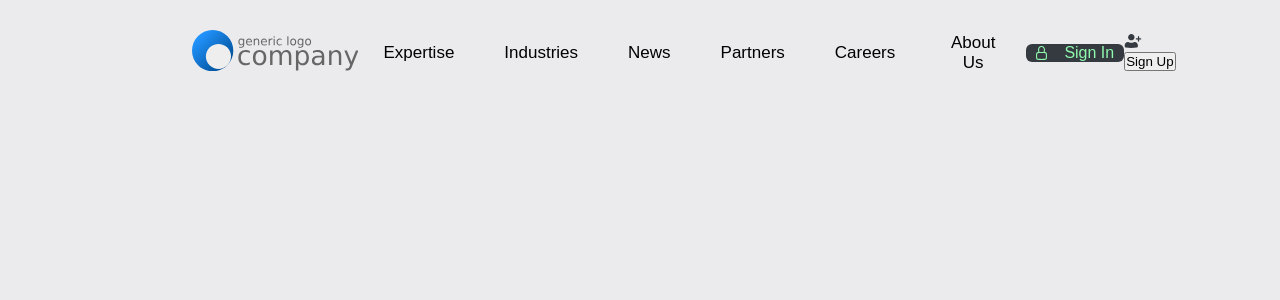
Repository: Andriy-Ma/widgetTask
Page: /
These files come from the project's save history. The page is drawn as it stood at one moment and after the next save; the edit follows.
The browser window is 1280 px wide. The pictures show the whole page.
The project was rebuilt for these pictures with package versions that can differ from the ones it lists, and the page was loaded fresh each time.

Above is the page before, as saved 2022-08-29 17:00:31.

After the next save:
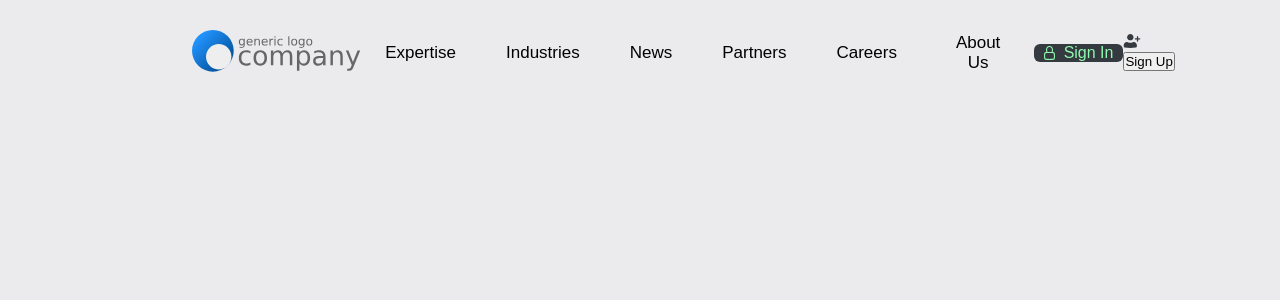
Saved 7 s later.
--- a/src/components/Header/header.module.css
+++ b/src/components/Header/header.module.css
@@ -36,7 +36,7 @@
     background-color: #343A40;
     padding: 0px 10px;
     border-radius: 6px;
-    width: 100px;
+    width: 90px;
     height: 100%;
 }
 .signup {
